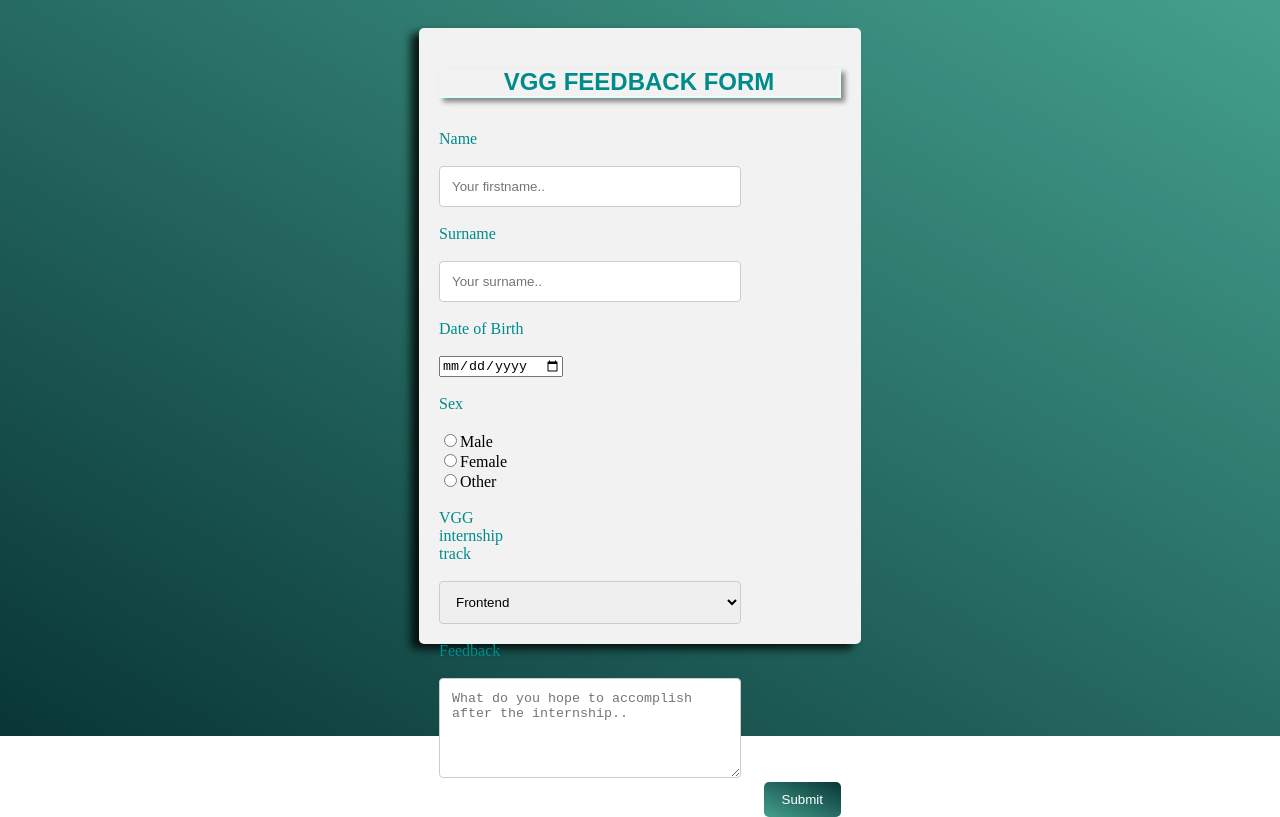
Repository: iphyokafor/VGG-Feedback-form
Page: index2.html
These files come from the project's save history. The page is drawn as it stood at one moment and after the next save; the edit follows.
The browser window is 1280 px wide. The pictures show the whole page.

Above is the page before, as saved 2020-01-13 01:55:10.

### index2.html
<!DOCTYPE html>
<html lang="en">

<head>
    <meta charset="UTF-8">
    <meta name="viewport" content="width=device-width, initial-scale=1.0">
    <meta http-equiv="X-UA-Compatible" content="ie=edge">
    <title>VGG feedback form</title>
    <link rel="stylesheet" href="./main.css">
</head>

<body>
    <div class="container">
        <form>
            <h2 class="heading">Vgg feedback form</h2>
            <div class="row">
                <div class="column1">
                    <label for="name">Name</label>
                </div>
                <div class="column3">
                    <input type="text" class="txtinput" id="name" name="name" placeholder="Your firstname.." required>
                </div>
            </div>
            <div class="row">
                <div class="column1">
                    <label for="surname">Surname</label>
                </div>
                <div class="column3">
                    <input type="text" class="txtinput" id="surname" name="surname" placeholder="Your surname.." required>
                </div>
            </div>
            <div class="row">
                <div class="column1">
                    <label for="dob">Date of Birth</label>
                </div>
                <div class="column3">
                    <input type="date" id="date" name="date">
                </div>
            </div>
            <div class="row">
                <div class="column1">
                    <label for="sex">Sex</label>
                </div>
                <div class="column3">
                    <input type="radio" class="radio-style" name="gender">Male<br>
                    <input type="radio" class="radio-style" name="gender">Female<br>
                    <input type="radio" class="radio-style" name="gender">Other
                </div>
            </div>
            <div class="row">
                <div class="column1">
                    <label for="VGG internship">VGG internship track</label>
                </div>
                <div class="column3">
                    <select id="VGG internship" name="VGG">
            <option value="frontend">Frontend</option>
            <option value="backend">Backend</option>
            <option value="ui/ux">UI/UX</option>
            <option value="software">Software Quality Assurance</option>
            <option value="devops">DevOps</option>
          </select>
                </div>
            </div>
            <div class="row">
                <div class="column1">
                    <label for="feedback">Feedback</label>
                </div>
                <div class="column3">
                    <textarea id="feedback" name="feedback" placeholder="What do you hope to accomplish after the internship.." style="height:100px"></textarea>
                </div>
            </div>
            <div class="row">
                <input type="submit" class="btn" value="Submit">
            </div>
        </form>
    </div>

</body>

</html>

### main.css
/* Style inputs, select elements and textareas */

body {
    display: flex;
    justify-content: center;
    flex-wrap: wrap;
    background: linear-gradient(to right top, #093637, #44A08D);
    background-repeat: no-repeat;
    height: 100vh;
}

.txtinput,
select,
textarea {
    width: 100%;
    padding: 12px;
    border: 1px solid #ccc;
    border-radius: 4px;
    box-sizing: border-box;
    resize: vertical;
}


/* Style the label to display next to the inputs */

label {
    padding: 12px 12px 12px 0;
    display: inline-block;
}


/* Style the submit button */

.btn {
    background: linear-gradient(to left bottom, #093637, #44A08D);
    color: white;
    padding: 10px 18px;
    border: none;
    border-radius: 5px;
    cursor: pointer;
    float: right;
    transition: all 1s;
}

.btn:hover {
    transform: scale(1.1);
}


/* Style the container */

.container {
    height: 80vh;
    margin-top: 20px;
    border-radius: 5px;
    background-color: #f2f2f2;
    padding: 20px;
    box-shadow: -8px 5px 8px rgba(0, 0, 0, 0.8);
    transition: border 0.15s linear 0s, linear 0s, color 0.15s linear 0s;
}

.heading {
    text-transform: uppercase;
    font-family: Arial, Helvetica, sans-serif;
    color: darkcyan;
    border-bottom: 2px solid lightcyan;
    border-right: 2px solid lightcyan;
    box-shadow: 4px 4px 5px #888888;
    width: 400px;
    text-align: center;
}


/* Floating column for labels: 25% width */

.column1 {
    display: flex;
    flex-flow: row;
    justify-content: flex-start;
    /* float: left; */
    width: 25%;
    margin-top: 6px;
    color: darkcyan;
}


/* Floating column for inputs: 75% width */

.column3 {
    float: left;
    width: 75%;
    margin-top: 6px;
}


/* Clear floats after the columns */

.row:after {
    content: "";
    display: table;
    clear: both;
}


/* Responsive layout - when the screen is less than 600px wide, make the two columns stack on top of each other instead of next to each other */

@media screen and (max-width: 600px) {
    .column1,
    .column3,
    .btn {
        width: 100%;
        margin-top: 0;
    }
}

After the next save:
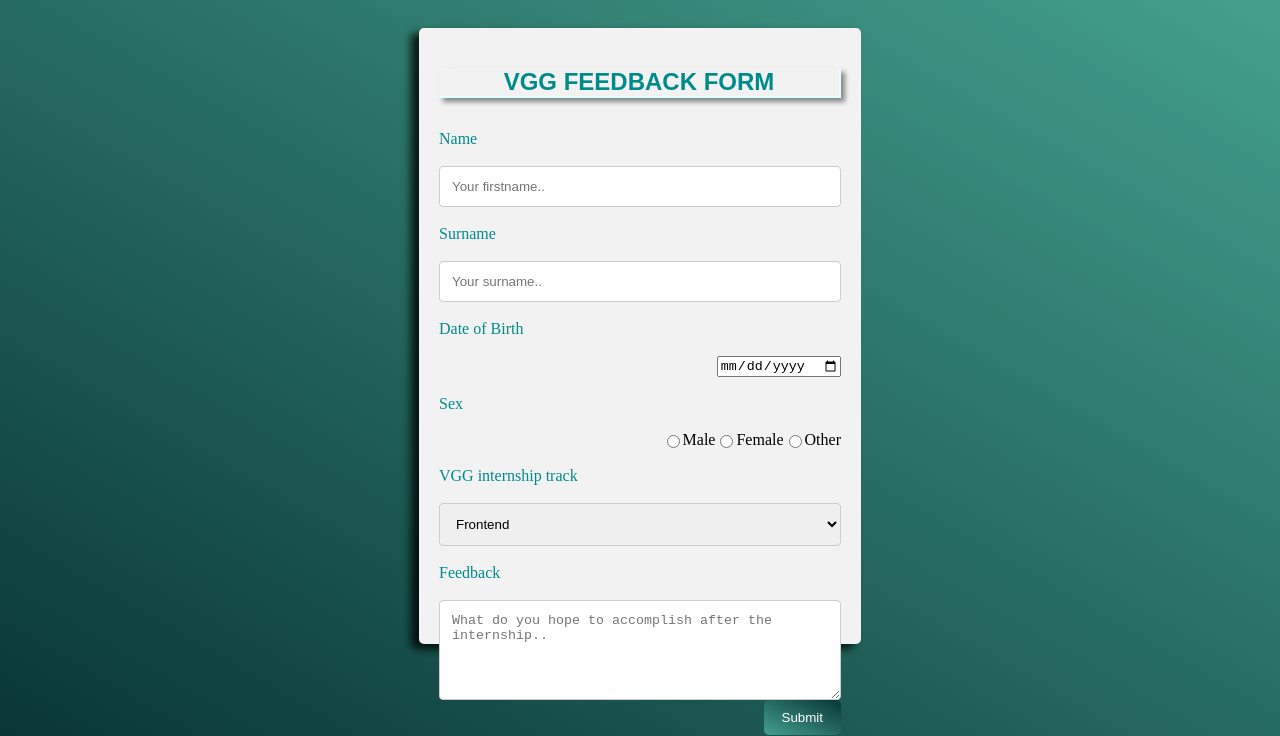
Saved 2 min 50 s later.
--- a/main.css
+++ b/main.css
@@ -78,7 +78,7 @@ label {
     flex-flow: row;
     justify-content: flex-start;
     /* float: left; */
-    width: 25%;
+    /* width: 25%; */
     margin-top: 6px;
     color: darkcyan;
 }
@@ -87,8 +87,11 @@ label {
 /* Floating column for inputs: 75% width */
 
 .column3 {
-    float: left;
-    width: 75%;
+    /* float: left;
+    width: 75%; */
+    display: flex;
+    flex-flow: row;
+    justify-content: flex-end;
     margin-top: 6px;
 }
 
